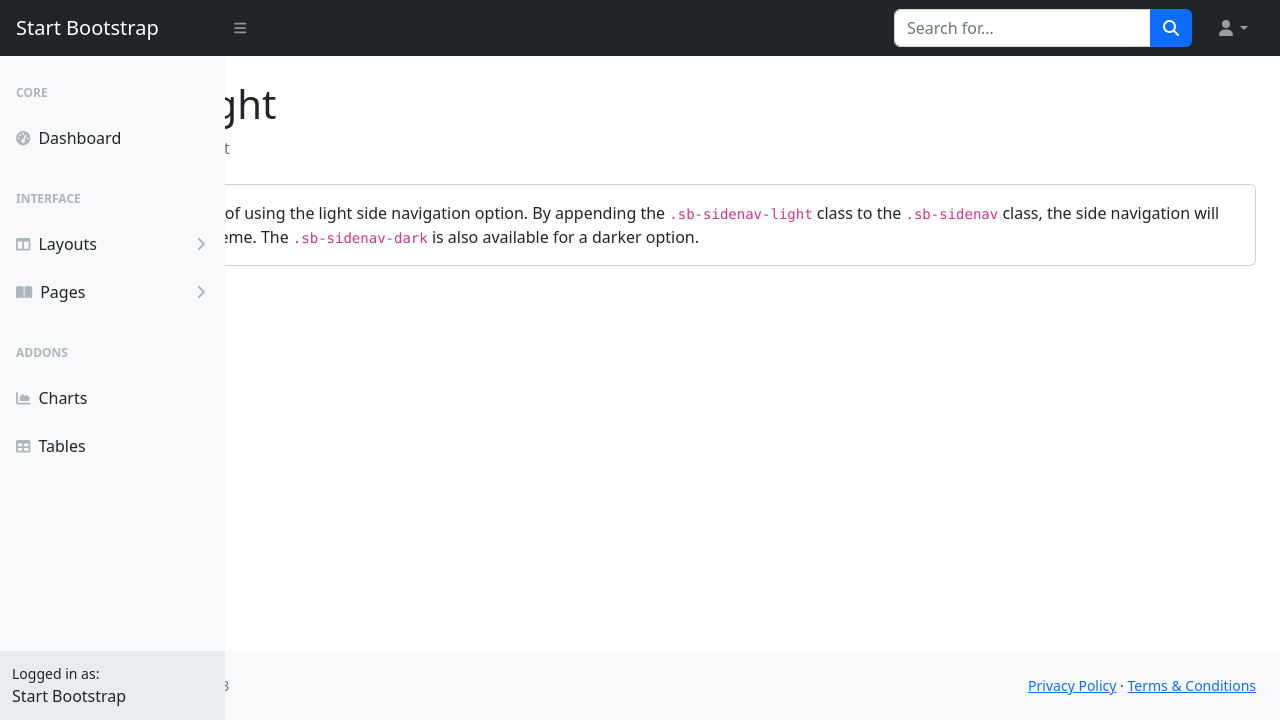
Repository: EstefaMH/Dashboard
Page: layout-sidenav-light.html
These files come from the project's save history. The page is drawn as it stood at one moment and after the next save; the edit follows.
The browser window is 1280 px wide. The pictures show the whole page.
Some web libraries are served in a nearby version.

Above is the page before, as saved 2023-12-25 18:35:43.

### layout-sidenav-light.html
<!DOCTYPE html>
<html lang="en">
    <head>
        <meta charset="utf-8" />
        <meta http-equiv="X-UA-Compatible" content="IE=edge" />
        <meta name="viewport" content="width=device-width, initial-scale=1, shrink-to-fit=no" />
        <meta name="description" content="" />
        <meta name="author" content="" />
        <title>Sidenav Light - SB Admin</title>
        <link href="css/styles.css" rel="stylesheet" />
        <script src="https://use.fontawesome.com/releases/v6.3.0/js/all.js" crossorigin="anonymous"></script>
    </head>
    <body class="sb-nav-fixed">
        <nav class="sb-topnav navbar navbar-expand navbar-dark bg-dark">
            <!-- Navbar Brand-->
            <a class="navbar-brand ps-3" href="index.html">Start Bootstrap</a>
            <!-- Sidebar Toggle-->
            <button class="btn btn-link btn-sm order-1 order-lg-0 me-4 me-lg-0" id="sidebarToggle" href="#!"><i class="fas fa-bars"></i></button>
            <!-- Navbar Search-->
            <form class="d-none d-md-inline-block form-inline ms-auto me-0 me-md-3 my-2 my-md-0">
                <div class="input-group">
                    <input class="form-control" type="text" placeholder="Search for..." aria-label="Search for..." aria-describedby="btnNavbarSearch" />
                    <button class="btn btn-primary" id="btnNavbarSearch" type="button"><i class="fas fa-search"></i></button>
                </div>
            </form>
            <!-- Navbar-->
            <ul class="navbar-nav ms-auto ms-md-0 me-3 me-lg-4">
                <li class="nav-item dropdown">
                    <a class="nav-link dropdown-toggle" id="navbarDropdown" href="#" role="button" data-bs-toggle="dropdown" aria-expanded="false"><i class="fas fa-user fa-fw"></i></a>
                    <ul class="dropdown-menu dropdown-menu-end" aria-labelledby="navbarDropdown">
                        <li><a class="dropdown-item" href="#!">Settings</a></li>
                        <li><a class="dropdown-item" href="#!">Activity Log</a></li>
                        <li><hr class="dropdown-divider" /></li>
                        <li><a class="dropdown-item" href="#!">Logout</a></li>
                    </ul>
                </li>
            </ul>
        </nav>
        <div id="layoutSidenav">
            <div id="layoutSidenav_nav">
                <nav class="sb-sidenav accordion sb-sidenav-light" id="sidenavAccordion">
                    <div class="sb-sidenav-menu">
                        <div class="nav">
                            <div class="sb-sidenav-menu-heading">Core</div>
                            <a class="nav-link" href="index.html">
                                <div class="sb-nav-link-icon"><i class="fas fa-tachometer-alt"></i></div>
                                Dashboard
                            </a>
                            <div class="sb-sidenav-menu-heading">Interface</div>
                            <a class="nav-link collapsed" href="#" data-bs-toggle="collapse" data-bs-target="#collapseLayouts" aria-expanded="false" aria-controls="collapseLayouts">
                                <div class="sb-nav-link-icon"><i class="fas fa-columns"></i></div>
                                Layouts
                                <div class="sb-sidenav-collapse-arrow"><i class="fas fa-angle-down"></i></div>
                            </a>
                            <div class="collapse" id="collapseLayouts" aria-labelledby="headingOne" data-bs-parent="#sidenavAccordion">
                                <nav class="sb-sidenav-menu-nested nav">
                                    <a class="nav-link" href="layout-static.html">Static Navigation</a>
                                    <a class="nav-link" href="layout-sidenav-light.html">Light Sidenav</a>
                                </nav>
                            </div>
                            <a class="nav-link collapsed" href="#" data-bs-toggle="collapse" data-bs-target="#collapsePages" aria-expanded="false" aria-controls="collapsePages">
                                <div class="sb-nav-link-icon"><i class="fas fa-book-open"></i></div>
                                Pages
                                <div class="sb-sidenav-collapse-arrow"><i class="fas fa-angle-down"></i></div>
                            </a>
                            <div class="collapse" id="collapsePages" aria-labelledby="headingTwo" data-bs-parent="#sidenavAccordion">
                                <nav class="sb-sidenav-menu-nested nav accordion" id="sidenavAccordionPages">
                                    <a class="nav-link collapsed" href="#" data-bs-toggle="collapse" data-bs-target="#pagesCollapseAuth" aria-expanded="false" aria-controls="pagesCollapseAuth">
                                        Authentication
                                        <div class="sb-sidenav-collapse-arrow"><i class="fas fa-angle-down"></i></div>
                                    </a>
                                    <div class="collapse" id="pagesCollapseAuth" aria-labelledby="headingOne" data-bs-parent="#sidenavAccordionPages">
                                        <nav class="sb-sidenav-menu-nested nav">
                                            <a class="nav-link" href="login.html">Login</a>
                                            <a class="nav-link" href="register.html">Register</a>
                                            <a class="nav-link" href="password.html">Forgot Password</a>
                                        </nav>
                                    </div>
                                    <a class="nav-link collapsed" href="#" data-bs-toggle="collapse" data-bs-target="#pagesCollapseError" aria-expanded="false" aria-controls="pagesCollapseError">
                                        Error
                                        <div class="sb-sidenav-collapse-arrow"><i class="fas fa-angle-down"></i></div>
                                    </a>
                                    <div class="collapse" id="pagesCollapseError" aria-labelledby="headingOne" data-bs-parent="#sidenavAccordionPages">
                                        <nav class="sb-sidenav-menu-nested nav">
                                            <a class="nav-link" href="401.html">401 Page</a>
                                            <a class="nav-link" href="404.html">404 Page</a>
                                            <a class="nav-link" href="500.html">500 Page</a>
                                        </nav>
                                    </div>
                                </nav>
                            </div>
                            <div class="sb-sidenav-menu-heading">Addons</div>
                            <a class="nav-link" href="charts.html">
                                <div class="sb-nav-link-icon"><i class="fas fa-chart-area"></i></div>
                                Charts
                            </a>
                            <a class="nav-link" href="tables.html">
                                <div class="sb-nav-link-icon"><i class="fas fa-table"></i></div>
                                Tables
                            </a>
                        </div>
                    </div>
                    <div class="sb-sidenav-footer">
                        <div class="small">Logged in as:</div>
                        Start Bootstrap
                    </div>
                </nav>
            </div>
            <div id="layoutSidenav_content">
                <main>
                    <div class="container-fluid px-4">
                        <h1 class="mt-4">Sidenav Light</h1>
                        <ol class="breadcrumb mb-4">
                            <li class="breadcrumb-item"><a href="index.html">Dashboard</a></li>
                            <li class="breadcrumb-item active">Sidenav Light</li>
                        </ol>
                        <div class="card mb-4">
                            <div class="card-body">
                                This page is an example of using the light side navigation option. By appending the
                                <code>.sb-sidenav-light</code>
                                class to the
                                <code>.sb-sidenav</code>
                                class, the side navigation will take on a light color scheme. The
                                <code>.sb-sidenav-dark</code>
                                is also available for a darker option.
                            </div>
                        </div>
                    </div>
                </main>
                <footer class="py-4 bg-light mt-auto">
                    <div class="container-fluid px-4">
                        <div class="d-flex align-items-center justify-content-between small">
                            <div class="text-muted">Copyright &copy; Your Website 2023</div>
                            <div>
                                <a href="#">Privacy Policy</a>
                                &middot;
                                <a href="#">Terms &amp; Conditions</a>
                            </div>
                        </div>
                    </div>
                </footer>
            </div>
        </div>
        <script src="https://cdn.jsdelivr.net/npm/bootstrap@5.2.3/dist/js/bootstrap.bundle.min.js" crossorigin="anonymous"></script>
        <script src="js/scripts.js"></script>
    </body>
</html>

### js/scripts.js
/*!
    * Start Bootstrap - SB Admin v7.0.7 (https://startbootstrap.com/template/sb-admin)
    * Copyright 2013-2023 Start Bootstrap
    * Licensed under MIT (https://github.com/StartBootstrap/startbootstrap-sb-admin/blob/master/LICENSE)
    */
    //
// Scripts
//

window.addEventListener('DOMContentLoaded', event => {

    // Toggle the side navigation
    const sidebarToggle = document.body.querySelector('#sidebarToggle');
    if (sidebarToggle) {
        // Uncomment Below to persist sidebar toggle between refreshes
        // if (localStorage.getItem('sb|sidebar-toggle') === 'true') {
        //     document.body.classList.toggle('sb-sidenav-toggled');
        // }
        sidebarToggle.addEventListener('click', event => {
            event.preventDefault();
            document.body.classList.toggle('sb-sidenav-toggled');
            localStorage.setItem('sb|sidebar-toggle', document.body.classList.contains('sb-sidenav-toggled'));
        });
    }

});

Loaded but not shown: styles/styles.css (library)

After the next save:
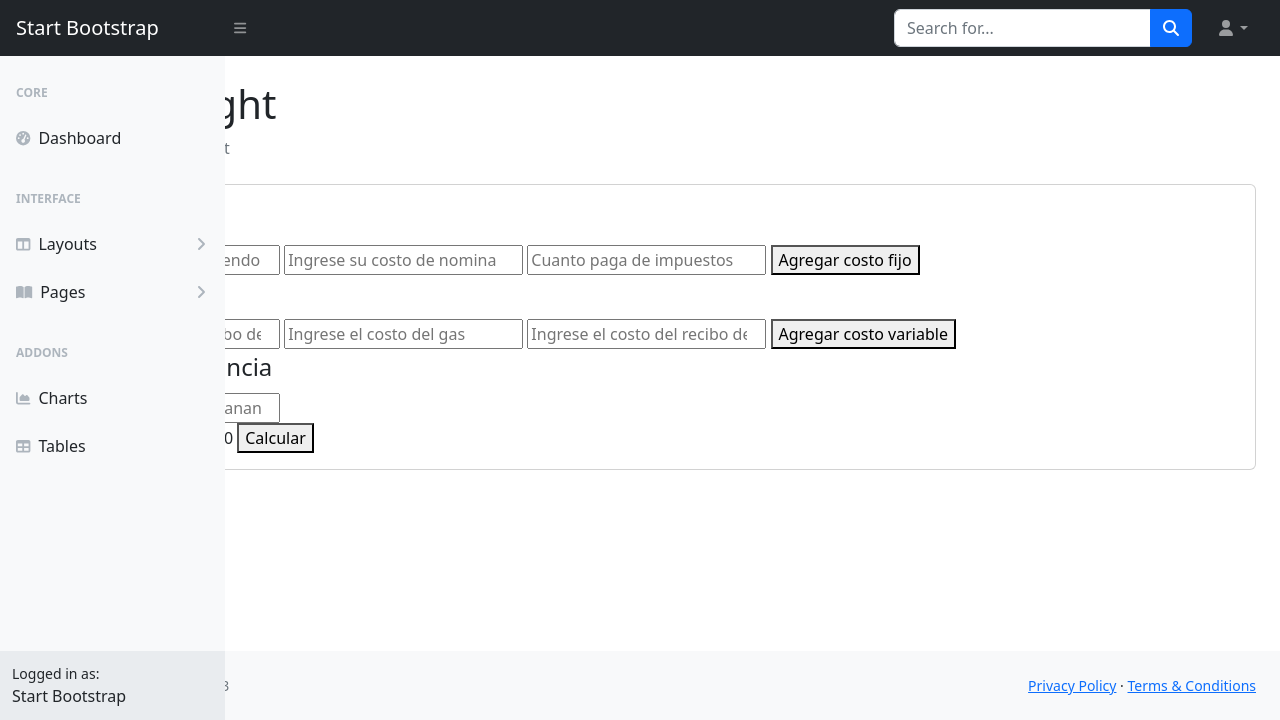
Saved 3 min 17 s later.
--- a/layout-sidenav-light.html
+++ b/layout-sidenav-light.html
@@ -116,13 +116,35 @@
                         </ol>
                         <div class="card mb-4">
                             <div class="card-body">
-                                This page is an example of using the light side navigation option. By appending the
-                                <code>.sb-sidenav-light</code>
-                                class to the
-                                <code>.sb-sidenav</code>
-                                class, the side navigation will take on a light color scheme. The
-                                <code>.sb-sidenav-dark</code>
-                                is also available for a darker option.
+                                <form name="form_costs" class="form_costs"  id="form_costs" onsubmit="submitFormCosts()" >
+                                    <fieldset id="fixed_costs_container" class="costs_fieldset">
+                                        <legend>Costos Fijos</legend>
+                                        <input required min="0" name="arriendo" type="number"  placeholder="Ingrese el costo del arriendo" />
+                                        <input required min="0" name="nomina" type="number"  placeholder="Ingrese su costo de nomina" />
+                                        <input required min="0" name="impuestos" type="number"  placeholder="Cuanto paga de impuestos" />
+                                        <button onclick="addCost('fixed_costs_container')" id="add_fixed_cost">Agregar costo fijo</button>
+                                    </fieldset>
+
+                                    <fieldset id="variable_costs_container" class="costs_fieldset">
+                                        <legend>Costos Variables</legend>
+                                        <input required min="0" name="agua" type="number"  placeholder="Ingrese el costo del recibo del agua" />
+                                        <input required min="0" name="gas" type="number"  placeholder="Ingrese el costo del gas" />
+                                        <input required min="0" name="luz" type="number" placeholder="Ingrese el costo del recibo de la luz" />
+                                        <button onclick="addCost('variable_costs_container')" id="add_variable_cost">Agregar costo variable</button>
+                                    </fieldset>
+
+                                    <fieldset id="" class="costs_fieldset">
+                                        <legend>Margen de ganancia</legend>
+                                        <input required min="0" name="agua" type="number"  placeholder="Ingrese su margen de ganancia" />
+                                    </fieldset>
+
+                                    <input id="range" type="range" value="0" step="1" min="0" max="10000" onchange="getRange()"/>
+                                    <label>Value: <span id="value_range" >0</span></label>
+
+
+
+                                    <button type="submit"  class="btn_form_costs">Calcular</button>
+                                </form>
                             </div>
                         </div>
                     </div>
